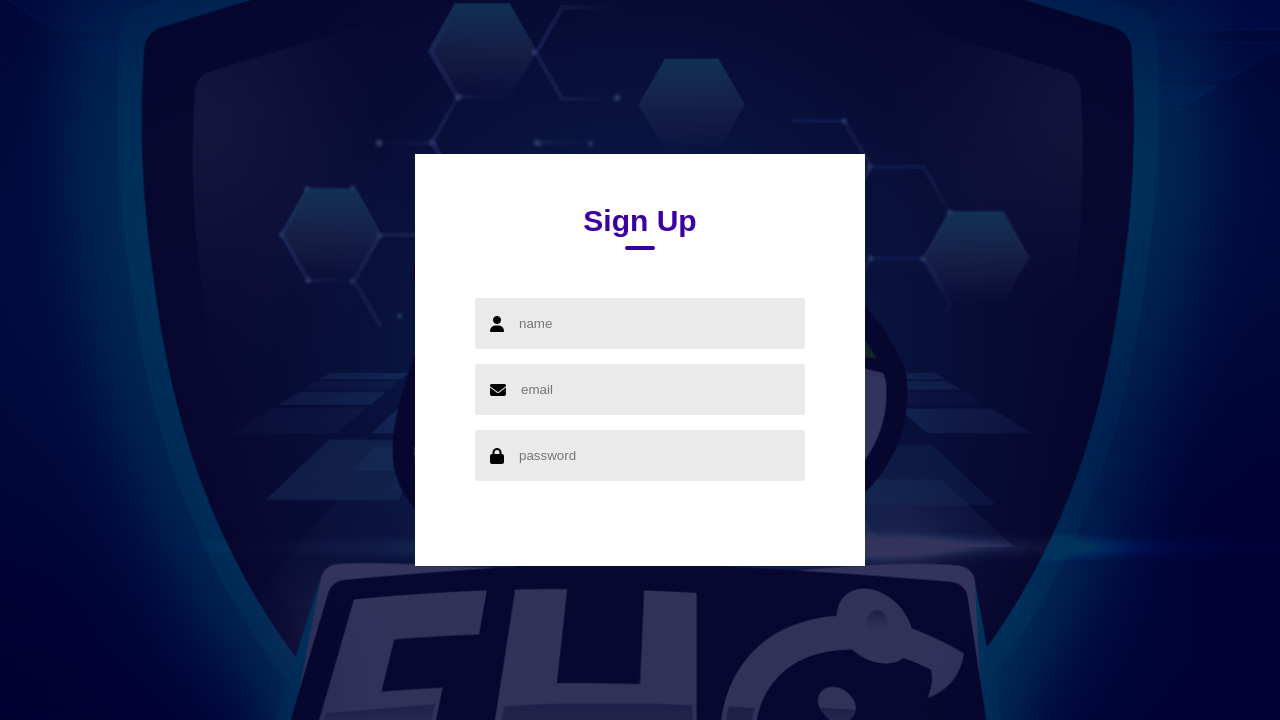
Repository: vietanhlek48/loginProject
Page: index.html
An editor plug-in stored every save of this project. The page is shown before and after the next save, followed by the edit.
The browser window is 1280 px wide. The pictures show the whole page.
Some web libraries are served in a nearby version.

Above is the page before, as saved 2023-02-16 00:55:04.

### index.html
<!DOCTYPE html>
<html lang="en">
<head>
    <meta charset="UTF-8">
    <meta http-equiv="X-UA-Compatible" content="IE=edge">
    <meta name="viewport" content="width=device-width, initial-scale=1.0">
    <title>EHC Login Page</title>
    <link rel="stylesheet" href="style.css">
    <script src="https://kit.fontawesome.com/e76348e85f.js" crossorigin="anonymous"></script>
</head>
<body>
    <div class="container">
        <div class="form-box">
            <h1>Sign Up</h1>
            <form>
                <div class="input-group">
                    <div class="input-field">
                        <i class="fa-solid fa-user"></i>
                        <input type="text" placeholder="name">
                    </div>

                    <div class="input-field">
                        <i class="fa-solid fa-envelope"></i>
                        <input type="email" placeholder="email">
                    </div>

                    <div class="input-field">
                        <i class="fa-solid fa-lock"></i>
                        <input type="password" placeholder="password">
                    </div>
                </div>

            </form>
        </div>

    </div>



</body>
</html>

### style.css
*{
    margin: 0;
    padding: 0;
    font-family: 'Poppins', sans-serif;
    box-sizing: border-box;
}

.container{
    width: 100%;
    height: 100vh;
    background-image: linear-gradient(rgba(0, 0, 50, 0.8), rgba(0, 0, 50, 0.8)), url(background.png);
    background-position: center;
    background-size: cover;
    position: fixed;
}

.form-box{
    width: 90%;
    max-width: 450px;
    position: absolute;
    top: 50%;
    left: 50%;
    transform: translate(-50%, -50%);
    background: #fff;
    padding: 50px 60px 70px;
    text-align: center;
}

.form-box h1{
    font-size: 30px;
    margin-bottom: 60px;
    color: #3c00a0;
    position: relative;
}

.form-box h1::after{
    content: '';
    width: 30px;
    height: 4px;
    border-radius: 3px;
    background: #3c00a0;
    position: absolute;
    bottom: -12px;
    left: 50%;
    transform: translateX(-50%);
}

.input-field{
    background: #eaeaea;
    margin: 15px 0;
    border-radius: 3px;
    display: flex;
    align-items: center;
}

input{
    width: 100px;
    background: transparent;
    border: 0;
    outline: 0;
    padding: 18px 15px;
}

.input-field i{
    margin-left: 15px;
    counter-reset: ;
}

After the next save:
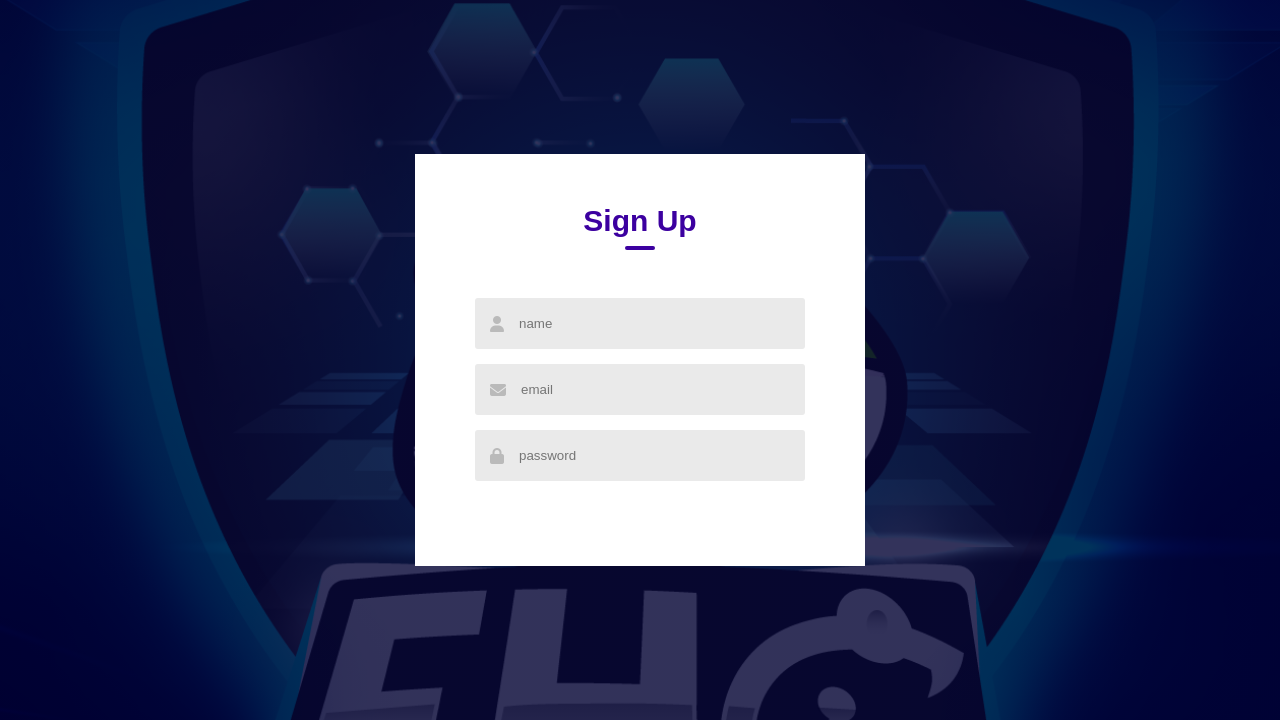
Saved 20 s later.
--- a/style.css
+++ b/style.css
@@ -63,5 +63,5 @@ input{
 
 .input-field i{
     margin-left: 15px;
-    counter-reset: ;
+    color: #9999;
 }
